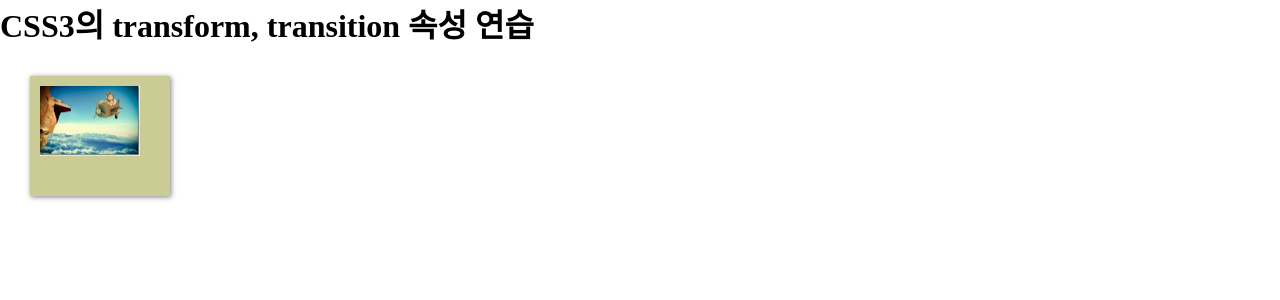
Repository: bianchi112/ict-data
Page: web_workspace/testCSSProject/src/main/webapp/views/test/transform.html
These files come from the project's save history. The page is drawn as it stood at one moment and after the next save; the edit follows.
The browser window is 1280 px wide. The pictures show the whole page.
The pointer rests on the first visible `div.myphoto1`.

Above is the page before, as saved 2024-09-02 07:44:42.

### web_workspace/testCSSProject/src/main/webapp/views/test/transform.html
<!DOCTYPE html>
<html lang="ko">
<head>
<meta charset="UTF-8">
<title>testc</title>
<link href="/testc/resources/css/transform.css" rel="stylesheet" type="text/css">
</head>
<body>
<h1>CSS3의 transform, transition 속성 연습</h1>
<a href="#">
	<div class="myphoto1">
		<img src="/testc/resources/images/ph1.jpg" width="100" height="70">
	</div>
</a>
</body>
</html>

### web_workspace/testCSSProject/src/main/webapp/resources/css/transform.css
@charset "UTF-8";

/* transform.css
	transform.html 에 사용할 스타일시트 파일
	transform,  transition 속성 테스트용
*/

* { margin: 0; padding:0; } /* 모든 태그들의 바깥여백, 안쪽여백 모두 없앰 */

div.myphoto1{
	position: relative;
	left: 30px;
	top: 30px;
	width: 120px;
	height: 100px;
	padding: 10px;
	background: #cbcb96;
	box-shadow: 1px 1px 5px rgba(0, 0, 0, 0.5);
}

After the next save:
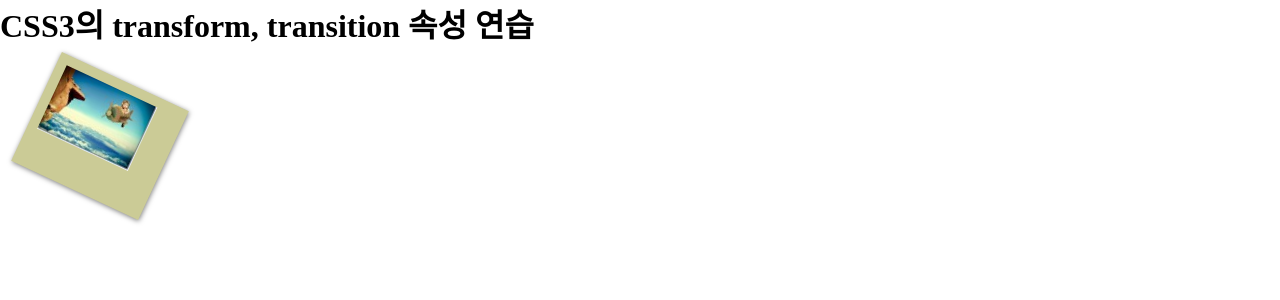
Saved 109 s later.
--- a/web_workspace/testCSSProject/src/main/webapp/resources/css/transform.css
+++ b/web_workspace/testCSSProject/src/main/webapp/resources/css/transform.css
@@ -17,3 +17,7 @@ div.myphoto1{
 	background: #cbcb96;
 	box-shadow: 1px 1px 5px rgba(0, 0, 0, 0.5);
 }
+
+div.myphoto1:hover{
+	transform: rotate(25deg);
+}
